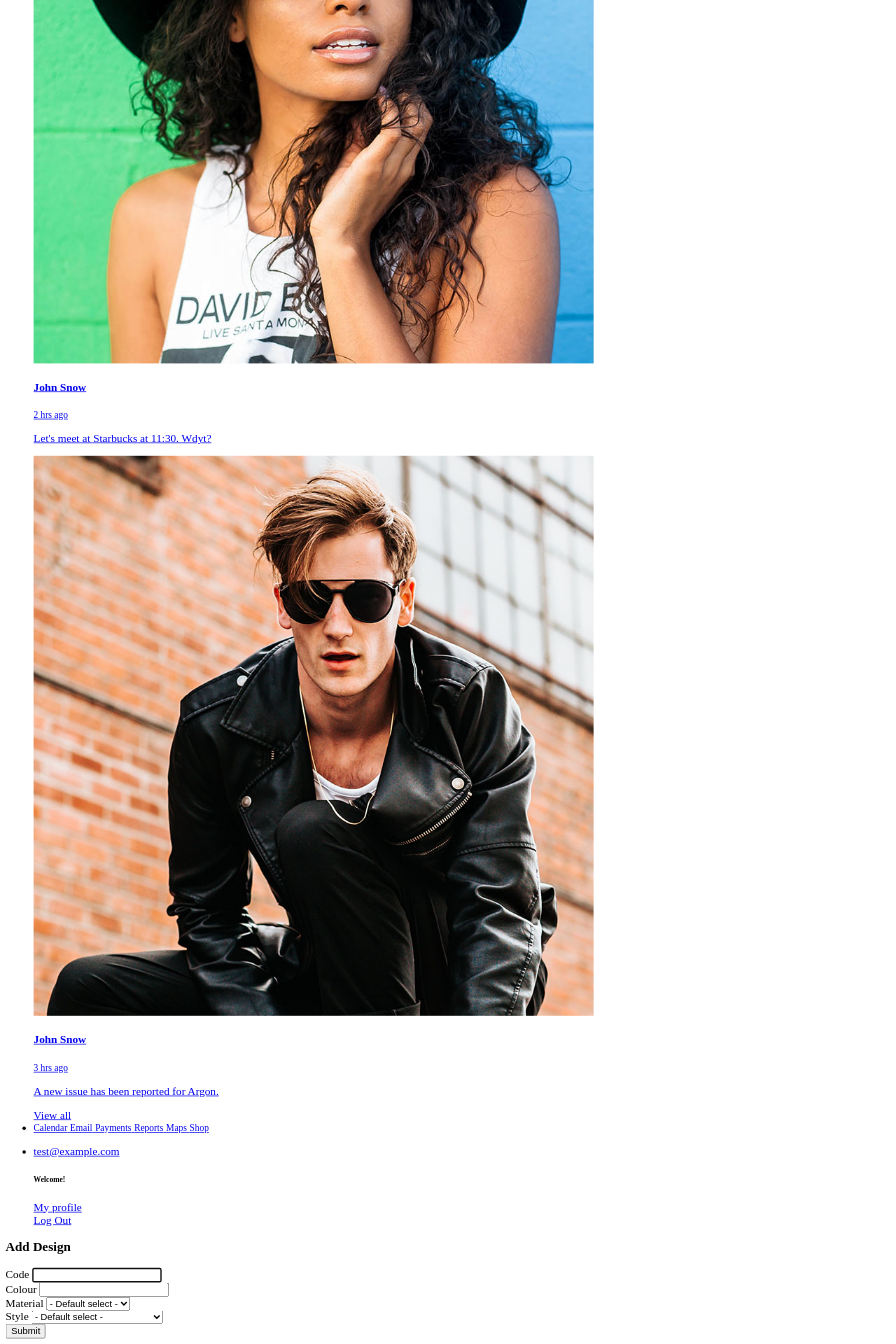
Repository: amirulaizat2004/tailorsystem-internship
Page: resources/views/design/create.blade.php
The author's editor kept a copy of each file at every save. The page is drawn from the files as they stood at one save, then again after a run of saves.
The browser window is 1280 px wide. The pictures show the part of the page from y = 3583 to 5503 px (the page is 5503 px tall), at 70% of full size.
The page is served by the project's Laravel application, run on PHP 8.4 with Laravel 8. A made-up administrator, Test User (test@example.com), is signed in. The template is opened directly, without the code that normally fills it, so the values that code supplies are empty.

Above is the page before, as saved 2021-10-27 13:42:41.

After the next 2 saves:
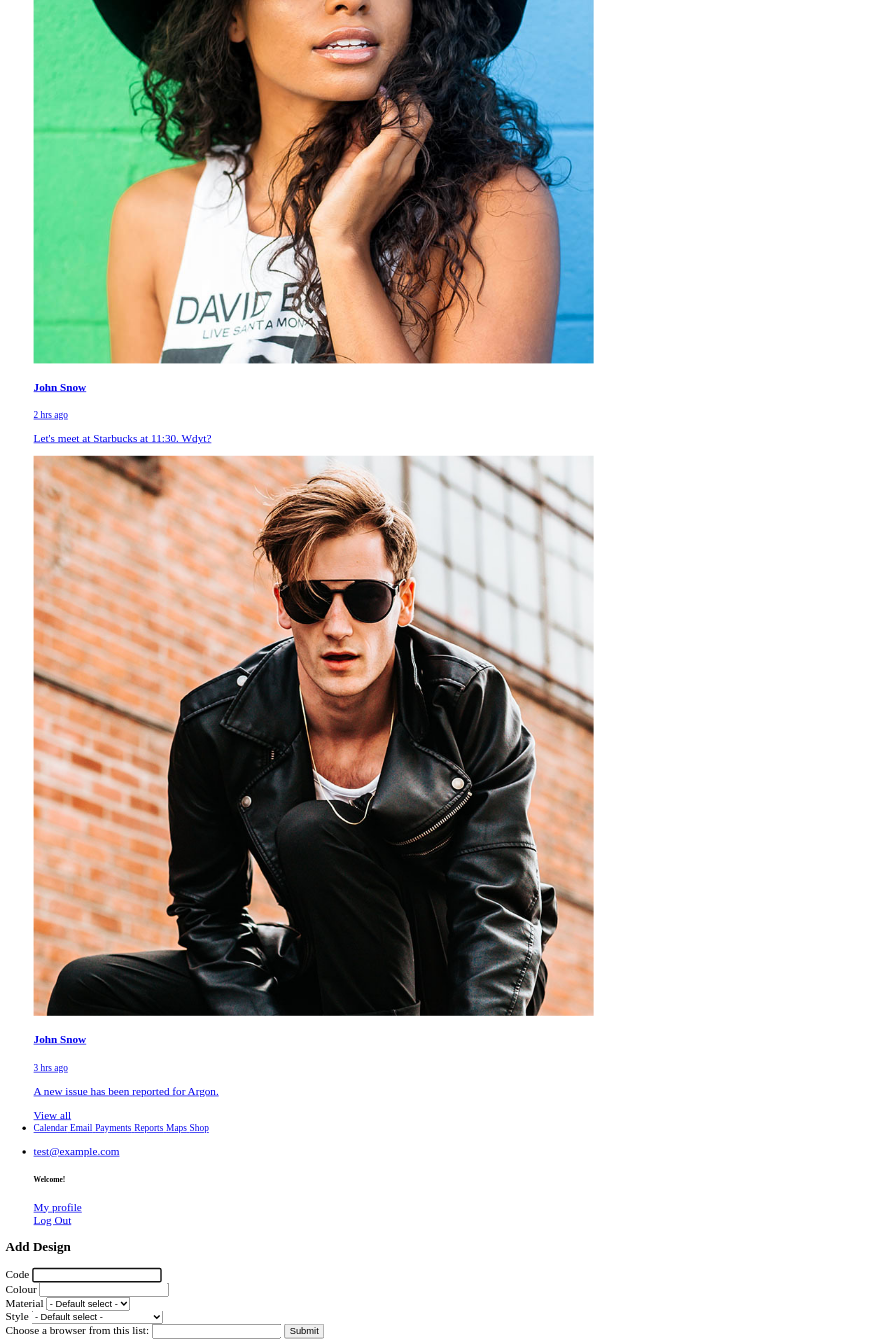
The 2 saves are shown as one change because they came seconds apart.
The last was saved 22 s later.
--- a/resources/views/design/create.blade.php
+++ b/resources/views/design/create.blade.php
@@ -49,6 +49,17 @@
       </select>
     </div>
 
+    <label for="myBrowser">Choose a browser from this list:</label>
+<input list="browsers" id="myBrowser" name="myBrowser" />
+<datalist id="browsers">
+  <option value="Chrome">
+  <option value="Firefox">
+  <option value="Internet Explorer">
+  <option value="Opera">
+  <option value="Safari">
+  <option value="Microsoft Edge">
+</datalist>
+
     <button type="submit" class="btn btn-primary">Submit</button>
 
   </div>
